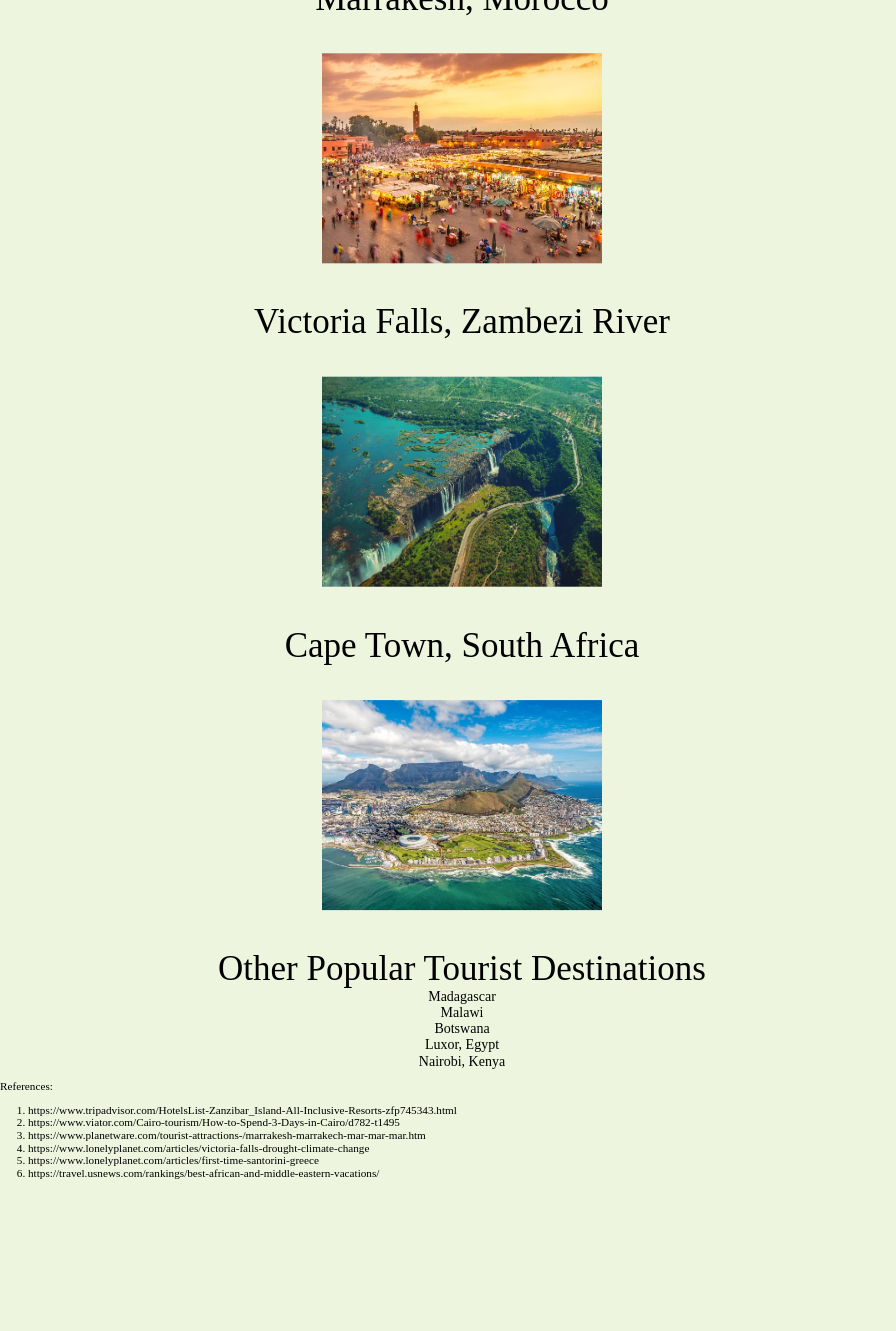
Repository: alharama/StaticWebsite
Page: af_page.html
These files come from the project's save history. The page is drawn as it stood at one moment and after the next save; the edit follows.
The browser window is 1280 px wide. The pictures show the part of the page from y = 1673 to 3593 px (the page is 3574 px tall before and 3593 px after), at 70% of full size.

Above is the page before, as saved 2021-09-29 23:01:35.

After the next save:
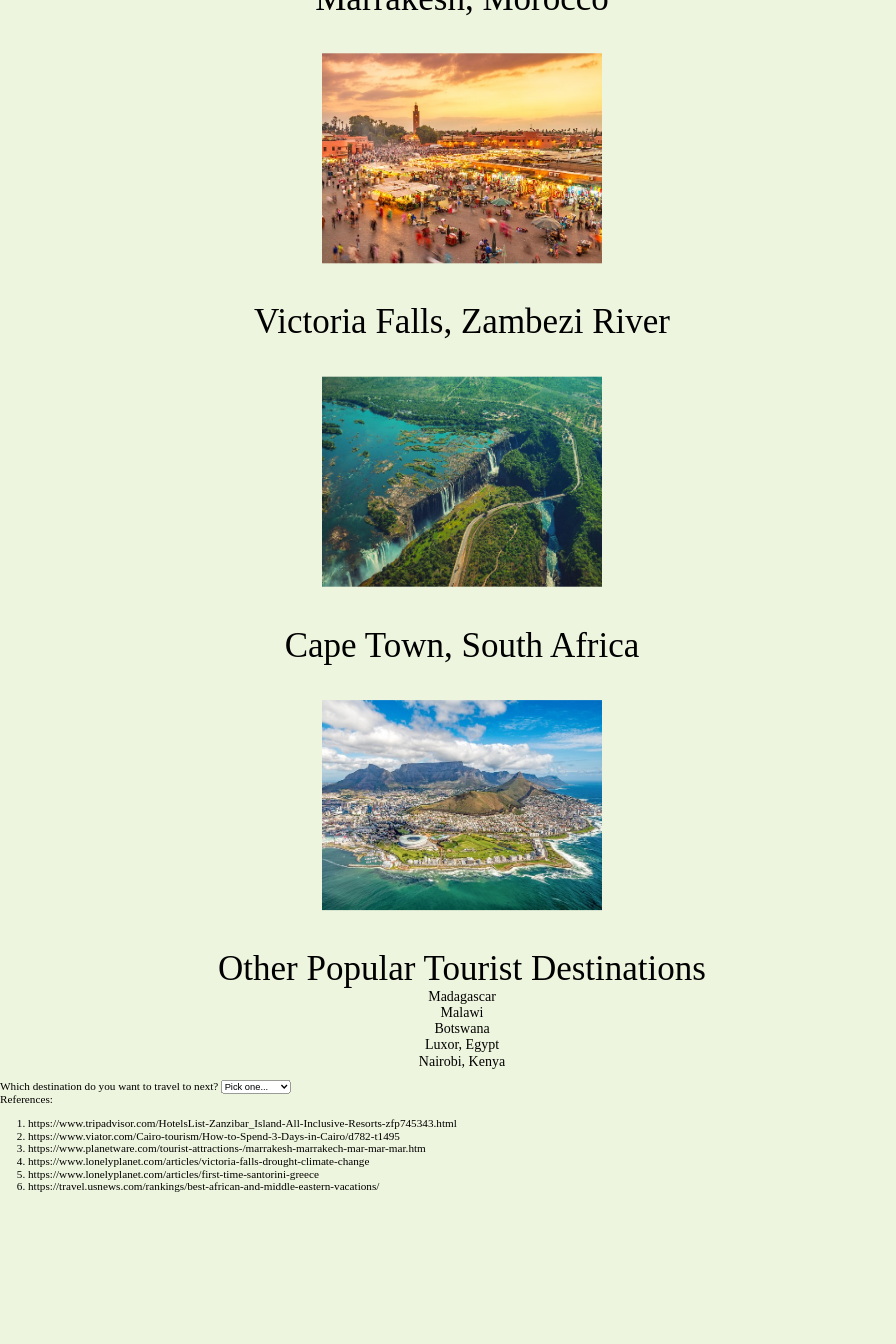
Saved 114 s later.
--- a/af_page.html
+++ b/af_page.html
@@ -86,6 +86,22 @@
 
         </ul>
 
+        <div id="survey">
+
+            Which destination do you want to travel to next?
+            <select>
+                <option>Pick one...</option>
+                <option>Zanzibar</option>
+                <option>Cairo</option>
+                <option>Marrakesh</option>
+                <option>Victoria Falls</option>
+                <option>Cape Town</option>
+                <option>Madagascar</option>
+                <option>Malawi</option>
+            </select>
+
+        </div>
+
     </body>
 
 
